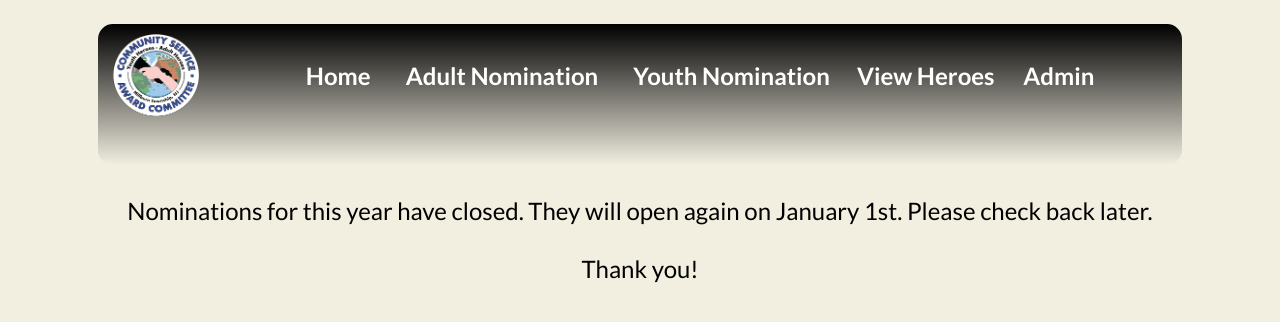
Repository: Centrattic/Young-Heroes-Website
Page: http://localhost/Frontend/adultnomination.php
An editor plug-in stored every save of this project. The page is shown before and after the next save, followed by the edit.
The browser window is 1280 px wide. The pictures show the whole page.
The page is run by PHP 8.4 with error messages shown; the project is at /var/www/html/. Queries for data that is not in the repository find no rows.

Above is the page before, as saved 2020-12-09 22:50:59.

### Eagle Project/Frontend/adultnomination.php
<?php
require_once '../Backend/functions.php';
require_once '../Backend/dbhconnect.php';
?>

<main>
    <html>
    <head>
        <link rel="stylesheet" href="https://cdn.jsdelivr.net/npm/bootstrap@4.5.3/dist/css/bootstrap.min.css" integrity="sha384-TX8t27EcRE3e/ihU7zmQxVncDAy5uIKz4rEkgIXeMed4M0jlfIDPvg6uqKI2xXr2" crossorigin="anonymous">
        <link href="../CSS/nomination.css" rel="stylesheet" type="text/css" />
        <link href="https://fonts.googleapis.com/css2?family=Lato:ital,wght@0,400;0,700;1,300;1,400&display=swap" rel="stylesheet">
        <link rel = "stylesheet" href = "../CSS/navbar.css">

        <style>
                .collapsible {
                    background-color: #eee;
                    color: #444;
                    cursor: pointer;
                    padding: 18px;
                    width: 100%;
                    border: none;
                    text-align: left;
                    outline: none;
                    font-size: 15px;
                    text-align: center;
                    margin-bottom: 1%;
                    width: 90%;
                }

                .active, .collapsible:hover {
                    background-color: #ccc;
                }


                .info-content {
                    padding: 0 18px;
                    display: none;
                    overflow: hidden;
                    background-color: #ffffff;
                    width: 90%;
                    margin: 1% auto;
                }

            </style>

    </head>
    <body>

    <?php
        navbar();

        $connection = connectToDB();
        list ($formStatus, $comments, $time) = readFormStatus($connection);
        mysqli_close($connection);

        if ( $formStatus != "open") {
            echo('<h1 style = "font-size: 1.5em;"> Nominations for this year have closed. They will open again on January 1st. Please check back later. <br><br> Thank you! ');
            exit();
        }
    ?>

    <h1> Adult Nomination </h1>
    <br>


    <h2 class= "age-definition"> Adults: Ages 19+</h2>
    <h3 style = "font-size: 1.25em; width: 60%; margin: 5px auto; font-weight: 800;"> All information is confidential for use by the Community Service Award Committee. </h3>

    <form action = "../Backend/nominateScript.php" method="post" name="nominate" enctype="multipart/form-data">

        <fieldset>
            <legend> Nominee Information</legend>
            <i>Please provide the following information about the individual you are nominating. If you are nominating a group, enter a group name and provide information here
            about the group organizer/leader.</i>
            <br> <br>

<!-- How many youth are you providing information about?-->

                <div class = "form-row">
                    <div class = "col-6">
                        <label for = "groupName">Group Name, if applicable </label>
                        <input class = "form-control" type="text" maxlength="80" id = "groupName" name="groupName" value="" title="Nominee's Full Name">
                    </div>

                    <div class = "col-5">
                        <label for = "nameNominee1">Nominee's Name * </label>
                        <input class = "form-control" required type="text" id = "nameNominee1" name="nameNominee1" value="" title="Nominee's Full Name">
                    </div>
                </div>

                <div class = "form-row">
                    <div class = "col-3">
                    <label for="ageNominee1">Nominee's Age Group *</label>
                            <select class = "form-control" required id="" name="ageNominee1">
                                <option value="" hidden disabled selected></option>
                                <option value="19-25">19-25</option>
                                <option value="25-40">25-40</option>
                                <option value="40-60">40-60</option>
                                <option value="60+">60+</option>
                            </select>
                    </div>

                    <div class = "col-4">
                        <label for="emailNominee1">Nominee's Email *</label>
                        <input class = "form-control" required type="text" name="emailNominee1" value="" title="Nominee's Email">
                    </div>

                    <div class = "col-4">
                        <label for="phoneParent1">Nominee's Phone *</label>
                        <input class = "form-control" required type="text" name="phoneParent1" value="" title="Nominee's Phone">
                    </div>
            </div>
        </fieldset>


        <fieldset>
            <legend> Additional Group Information </legend>
            <i> If you are nominating a group, please provide information about up to 3 additional members of the group.</i>
            <br> <br>
            <!--<button type="button" class="collapsible">Group Member 2</button>
            <div id = "CollapseInfo2" class = "info-content">
            </div>-->
                <?php
                    additionalAdultMembersHTML(2);
                ?>

        <!--<button type="button" class="collapsible">Group Member 3</button>
            <div id = "CollapseInfo3" class = "info-content">
            </div>-->
                <?php
                    additionalAdultMembersHTML(3);
                ?>

        <!--<button type="button" class="collapsible">Group Member 4</button>
            <div id = "CollapseInfo4" class = "info-content">
            </div>-->
                <?php
                    additionalAdultMembersHTML(4);
                ?>


        </fieldset>

        <fieldset>
            <legend> Nominator Information </legend>
            <i> This information will only be viewed by the Community Service Award Committee and will not be made public. </i> <br> <br>
                <div class = "col-12">
                    <label for = "nameNominator">Nominator's Full Name *</label>
                    <input class = "form-control" required type="text" id = "nameNominator" name="nameNominator" value="" title="Parent's Full Name">
                </div>

                <div class = "form-row">
                    <div class = "col-5">
                        <label for="emailNominator">Nominator's Email *</label>
                        <input class = "form-control" required type="text"name="emailNominator" value="" title="Parent's Email">
                    </div>

                    <div class = "col-6">
                        <label for="phoneNominator">Nominator's Phone Number *</label>
                        <input class = "form-control" required type="tel"name="phoneNominator" value="" title="Parent's Phone">
                    </div>
                </div>
        </fieldset>



        <fieldset>
            <legend> Nominee Contributions</legend>
            <i> If your nominee is selected as a winner, this information may be used to promote to the public. </i>
            <br> <br>

            <div>
                <label for="workNominee">Please summarize the action(s) and notable contributions of the individual or group and why you believe they are noteworthy for this award. You may attach additional information below.*</label> <!--  they are/were taking, what prompted them to take such action, their goal, how they have/had engaged others in their efforts, and their impact. -->
                <div class="inputWrapper">
                    <textarea class = "form-control" required maxlength="1500" name="workNominee" title="What work is the young hero/group doing?"></textarea>
                    <span>Limit: 1500 characters</span>
                </div>
            </div>
<!--
            <div>
                <label for="bioNominee">Write a short bio about the hero/group. Please summarize why they care about the issue and what personal interests, passions, or skills they have that are relevant to their service. *</label>
                <div class="inputWrapper">
                    <textarea class = "form-control" required maxlength="250" name="bioNominee" title="Person: Write a short bio about the young hero/group. Please summarize why they care about the issue, and what personal interests, passions, or skills they have that are relevant to their service." ></textarea>
                    <span>Limit: 250 characters</span>
                </div>
            </div>
-->

        </fieldset>

        <fieldset>
            <legend>Additional Supporting Information</legend>
            <i> <b> This section is optional. </b> <br> If necessary, please share additional information to support the nomination (including social media links, pictures, a resumé, and/or a .pdf/.docx file).</i>

            <br> <br>

            <h4> Social Media </h4>

            <div class = "form-row">

                <div class = "col-5">
                    <label for="facebookNominee">Facebook</label>
                    <input class = "form-control" maxlength = "100" type="text" name="facebookNominee" value="" title="Nominee's Facebook">
                    <span class="hint">Must be in full URL format. For example, http://www.facebook.com/younghero</span>
                </div>

                <div class = "col-6">
                    <label for="instagramNominee">Instagram</label>
                    <input class = "form-control" maxlength = "100" type="text" name="instagramNominee" value="" title="Nominee's Instagram">
                    <span class="hint">Must be in full URL format. For example, https://www.instagram.com/youthservice/</span>
                </div>
            </div>
            <br>

            <h4> Pictures </h4>
            <i>We encourage you to share exemplary photos of the work. Please upload them below along and include a short caption. We accept jpg, png, and jpeg formats. </i>
            <br>

            <div class = "form-row col-12">
                <label>Headshot of Nominee/Group </label>
                <input type = "file" name = "headshotNominee" class = "form-control-file col-12" id = "customFile">

            </div>

            <div class = "form-row">

                <div class = "col-6">
                    <label for = "pic2Nominee">Working Picture </label> <br>
                    <input class = "form-control-file" type = "file"  name = "pic2Nominee">

                    <input class = "form-control" type = "text" maxlength="80" name = "Captionpic2Nominee" placeholder = "Caption">
                    <span>Limit: 80 characters</span>
                </div>

                <div class = "col-5">
                     <label for = "pic3Nominee">Working Picture </label> <br>
                    <input class = "form-control-file" type = "file" name = "pic3Nominee">
                    <input class = "form-control" type = "text" maxlength="80" name = "Captionpic3Nominee" placeholder = "Caption">
                    <span>Limit: 80 characters</span>
                </div>
            </div>

            <br>

            <h4> Miscellaneous </h4>

            <i>Please upload any additional miscellaneous information. We accept pdf and docx formats less than 5MB.</i>
            <br>

            <div class = "form-row col-12">
                <label for = "resumeNominee">Upload Miscellaneous Information </label>
                <input type = "file" name = "resumeNominee" class = "form-control-file col-12">
            </div>
        </fieldset>

        <!--

        <fieldset id = "pictures">
            <legend> Nominee Pictures </legend>
            <i> <b> This sectional is optional. </b> <br> However, we encourage you to share photos of a nominee and their work. If you are willing, please upload them here along with a caption (also optional). We accept jpg, png, and jpeg formats. </i>
            <br><br>

            <div>
                <label for = "headshotNominee">Headshot of Young Hero(es) </label> <br>
                <input type = "file" name = "headshotNominee" placeholder = "Upload image of COVID Hero (5MB max)">
            </div>

            <div>
                <br> <label for = "pic2Nominee">Working Picture </label> <br>
                <input type = "file" name = "pic2Nominee" placeholder = "Upload image of COVID Hero (5MB max)">
                <input type = "text" maxlength="80" name = "Captionpic2Nominee" placeholder = "Caption"> <br>
                <span>Limit: 80 characters</span>
            </div>

            <div>
                <br> <label for = "pic3Nominee">Working Picture </label> <br>
                <input type = "file" name = "pic3Nominee" placeholder = "Caption">
                <input type = "text" maxlength="80" name = "Captionpic3Nominee" placeholder = "Caption"> <br>
                <span>Limit: 80 characters</span>
            </div>

        </fieldset>


        <fieldset id = "social-media">
            <legend> Nominee Social Media </legend>
            <i> <b> This section is optional. </b> If you choose to fill out social media information, it will only be viewed by the Community Service Award Committee, not the public. </i>
            <br><br>

            <div>
                <label for="facebookNominee">Nominee's Facebook</label>
                <div class="inputWrapper">
                    <input maxlength = "100" type="text" name="facebookNominee" value="" title="Nominee's Facebook">
                    <br>
                    <span class="hint">Must be in full URL format. For example, http://www.facebook.com/younghero</span>
                </div>
            </div>

            <div>
                <label for="twitterNominee">Nominee's Twitter</label>
                <div class="inputWrapper">
                    <input maxlength = "100" type="text" name="twitterNominee" value="" title="Nominee's Twitter">
                    <br>
                    <span class="hint">Must be in full URL format. For example, http://www.twitter.com/youthservice</span>
                </div>
            </div>

            <div>
                <label for="instagramNominee">Nominee's Instagram</label>
                <div class="inputWrapper">
                    <input maxlength = "100" type="text" name="instagramNominee" value="" title="Nominee's Instagram"></div>
            </div>

            <div>
                <label for="websiteNominee">Nominee's Website</label>
                <div class="inputWrapper">
                    <input maxlength = "100" type="text" name="websiteNominee" value="" title="Nominee's Website" class="">
                    <br>
                    <span class="hint">Must be in full URL format. For example, http://www.ysa.org</span>
                </div>
            </div>

            <div>
                <label for="newsNominee">Nominee's One News Link</label>
                <div class="inputWrapper">
                    <input maxlength = "100" type="text" name="newsNominee" value="" title="Nominee's News Link">
                    <br>
                    <span class="hint">Must be in full URL format. For example, https://patch.com/new-jersey/millburn/short-hills-scouts-host-coding-camp</span>
                </div>
            </div>

        </fieldset>

        <fieldset>
            <legend>Nominee Resumé/Additional Information</legend>
            <i> <b> This section is optional. </b> <br> If you choose to upload a resumé or share additional information, it will only be viewed by the Community Service Award Committee, not the public.</i>
            <div> <br>
                <label for = "resumeNominee">Upload Resumé as .pdf < 5MB </label><br>
                <input type = "file" name = "resumeNominee" placeholder = "Upload Resumé as .pdf < 5MB">
            </div>
        </fieldset>

        <!--<fieldset>
            <legend>Media Release Approval</legend>

            <div class="inputWrapper" id = "mediaflex">
                <i>Please ensure that the young hero approves of themselves appearing in the media. </i>
                <br>

                <br>
                <input required type="radio" id = "mediarelease" name="mediaRelease" value="1">
                <label for="mediaRelease" id = "media"> The young hero approves of themselves appearing in the media. *</label>

            </div>

            <div>
            <input style = "display: none;" id = "isYouth" name="isYouth" value="0">

            </div>



        </fieldset> -->

        <input type="submit" name="submit_button" value="Submit" class = "submit_button">

        <!--
        <div class="oneField field-container-D    " id="tfa_12-D">
        <label id="tfa_12-L" class="label preField reqMark" for="tfa_12">Nominator's Last Name</label><div class="inputWrapper"><input type="text" id="tfa_12" name="tfa_12" value="" aria-required="true" title="Nominator's Last Name" class="required"></div>
        </div>
        <div class="oneField field-container-D    " id="tfa_10-D">
        <label id="tfa_10-L" class="label preField reqMark" for="tfa_10">Nominator's Email</label><div class="inputWrapper"><input type="text" id="tfa_10" name="tfa_10" value="" aria-required="true" title="Nominator's Email" class="validate-email required"></div>
        </div>
        <div class="oneField field-container-D    " id="tfa_13-D">
        <label id="tfa_13-L" class="label preField reqMark" for="tfa_13">Nominator's Phone</label><div class="inputWrapper"><input type="text" id="tfa_13" name="tfa_13" value="" aria-required="true" title="Nominator's Phone" class="required"></div>
        </div>
        </fieldset>
        <fieldset id="tfa_588" class="section wf-acl-hidden">
        -->
        </form>

        <?php
      footer();
     ?>

        <!--<div id = "quote">
            <h1> COVID Nomination </h1>
        </div>


        <br><br><br><br>


        <div id = "directions">
        <h2> Nominate a COVID Hero!</h2>
        <h4> In your form, please don't use any inapproriate or spam entries or your nomination will be removed and your account banned. Also,
            do not write in full sentences when filling out the contact and location sections. </h4>
        </div>

        <br><br><br><br><br><br>

        <div id = "border">
            <p class= large> Upload Your Image of a COVID Hero </p>
            <p> Only use .jpeg, .png, or .jpg for your image. For best results, use an image with a slightly longer length than width. </p> <br>

            <form action = "fileUploadScript.php" method = "post" enctype = "multipart/form-data" id ="nominate">
            <input type = "file" name = "image" placeholder = "Upload image of COVID Hero (5MB max)" id = "uploadedimg">

            <br>

            <br>
            <p class= large> All About Your Hero (300 chars max) </p>
            <p> Ex. Josh Chun is a Millburn High School student who loves plain yogurt, coding, and geometry class. </p> <br>
            <textarea name = "description" rows = 5 placeholder = "Personal Description of Hero (200 chars max)" maxlength = "200"> </textarea> <br><br>

            <p class= large> Hero's Location </p>
            <p> Ex. Millburn, New Jersey, 07078 (please include the hero's zipcode)</p> <br>
            <textarea name = "location" placeholder = "Hero's Location (100 chars max)" rows = 5 maxlength = "100"> </textarea> <br><br>

            <p class= large> What Has Your Hero Done? </p>
            <p> Ex. Josh Chun sews masks and donates them to Goodwill shelters during this period. </p> <br>
            <textarea name = "job" placeholder = "What the Hero has Done (200 chars max)" rows = 5 maxlength = "200"> </textarea> <br><br>

            <p class= large> Way to Contact Hero </p>
            <p> Please type only a phone number and/or email address. </p>
            <textarea name = "contact" placeholder = "Hero's Phone Number/Email Address (100 chars max)" rows = 5 maxlength = "100"> </textarea> <br><br>

            <p class= large> Hero's News Links </p>
            <p> Please put, maximum, one http link of your hero's. If none, leave this field empty. </p>
            <textarea name = "news" placeholder = "News URL" rows = 3>  </textarea> <br><br>

            <button id = "nominatehero" type = "submit" name = "nominate"> Nominate Hero</button>


            </form>
        -->

<!--
            <script>
            var coll = document.getElementsByClassName("collapsible");
            var i;

            for (i = 0; i < coll.length; i++) {
            coll[i].addEventListener("click", function() {
                this.classList.toggle("active");
                var content = this.nextElementSibling;
                if (content.style.display === "block") {
                content.style.display = "none";
                } else {
                content.style.display = "block";
                }
            });
            }
            </script>-->

    </body>
    </html>
</main>

### Eagle Project/Backend/dbhconnect.php
<?php
  $servername = "localhost";
  $dbUsername = "root";
  $dbPassword = "";
  $dbName = "young_heroes";

  //connecting to database
  $connection = new mysqli($servername, $dbUsername, $dbPassword, $dbName);

  //error message if connection fails
  if(!$connection){
    die("Connection failed: ".mysqli_connect_error());
  }
?>

### Eagle Project/CSS/nomination.css
* {
    text-align: center;
    padding: 2px;
    margin: 2px;
    font-family: 'Lato', sans-serif !important;
    font-size: 1em;
    color: black;
}

i {
   float: left;
}

body {
    background-color: #F2EFE1;
}

fieldset {
    border: 3px solid black;

}

.age-definition {
    font-size: 1.5em;
    margin: 10px;
    font-weight: 800;
}

legend {
    all: unset;
    font-size: 2em;
    color: #2A365D;
    font-weight: 700;
}

form {
    background-color: #E2DECC;
    width: 60%;
    margin: 0 auto;
}

input, textarea {
    text-align: left;
    background-color: #ffffff;
    border: 1px solid black;
    color: black !important;
}

.col-1, .col-2, .col-3,.col-4,.col-5,.col-6,.col-7,.col-8,.col-9,.col-10,.col-11 { /*,col-12 not included cause that's full row*/
    margin-left: 15px;
}

textarea {
    width: 75% !important;
    height: 30% !important;
    margin: 0 auto;
}

h4 {
    text-align: left;
    margin-left: 10px;
    font-weight: 800;
}


label {
    font-size: 1em;
    float: left;
}

span {
    font-style: italic;
}

input[placeholder= "Caption"] {
    margin-top: 5px;
}


#media {
    font-size: 1em;
}

.requiredF {
    color: red;
}

/* Collapsible Nominee Info */


.submit_button {
    padding: 5px;
    margin: 5px;
    width: 50%;
    text-align:center;
    font-size: 1.5em;
    background-color: #F2EFE1;
}

### Eagle Project/CSS/navbar.css
* {
    text-align: center;
    font-family: 'Lato', sans-serif;
}

body {
    background-color: #F2EFE1;
}


.menu-area li{
    display: inline;
    color: white;
    font-weight: bold;
    font-size: 1.5em;
    padding-bottom: 10px;
}

.menu-area .non-dropdown a{
    display: inline-block;
    padding: 30px 10px;
    text-decoration: none;
    color: white;
    box-sizing: border-box;

}

.menu-area .nav-dropdown .dropdown-content li a{
    display: inline-block;
    text-align: center;
    padding: 14px 16px;
    text-decoration: none;
}

.menu-area {
    width: 100%;
    background-image: linear-gradient(black, #F2EFE1);
    overflow: hidden;
    border-radius: 15px;
}

.menu-area .non-dropdown:hover{
    border-radius: 0px;
    border-bottom: 10px solid aliceblue;

}

.menu-area li a {
    box-sizing: border-box;
}

.nav-dropbtn {
    text-decoration: none;
    color: white;
}

/*FIX THIS LATER*/


#logout {
    all: unset;
}

body {
    margin: 0 5%;
}

/* ------------------*/



li.nav-dropdown {
    display: inline-block;
}

.dropdown-content {
    display: none;
    position: absolute;
    background-color: #f9f9f9;
    min-width: 150px;
    box-shadow: 0px 8px 16px 0px rgba(0,0,0,0.2);
    z-index: 1;

}

.dropdown-content a {
    color: black;
    padding: 12px 16px;
    text-decoration: none;
    display: block;
    font-size: .9em;
    text-align: left;
}


.dropdown-content a:hover {
    background-color: #f1f1f1;
}


.nav-dropdown:hover .dropdown-content {
    display: block;
    border-radius: 0px;
}


/* Footer*/



.site-footer {
    background-color: #E2DECC;
      text-align: center;
      margin: 10px 0;
      padding: 10px 0;
  }

  #social-wrapper {
      text-align: center;
  }

  /*Social Media Icons*/
  .social-wrapper {
      text-align: center;
  }

  .social-wrapper ul li {
      display: inline;
      margin: 0 5px;
  }

  .twitter-icon,
  .facebook-icon,
  .instagram-icon,
  .linkedin-icon,
  .googleplus-icon,
  .youtube-icon,
  .foursquare-icon{
      margin-top: .625em;
      width: 40px;
      height: 40px;
      opacity: .6;
      filter: alpha(opacity=60); /* For IE8 and earlier */
    border-radius: 25px;
  }

  .twitter-icon:hover,
  .facebook-icon:hover,
  .instagram-icon:hover,
  .linkedin-icon:hover,
  .googleplus-icon:hover,
  .youtube-icon:hover,
  .foursquare-icon:hover {
      opacity: 1.0;
      filter: alpha(opacity=100); /* For IE8 and earlier */
  }

  .footer-nav p {
      text-align: center;
  }

Loaded but not shown: Eagle Project/Backend/functions.php (1056 lines, source omitted)

After the next save:
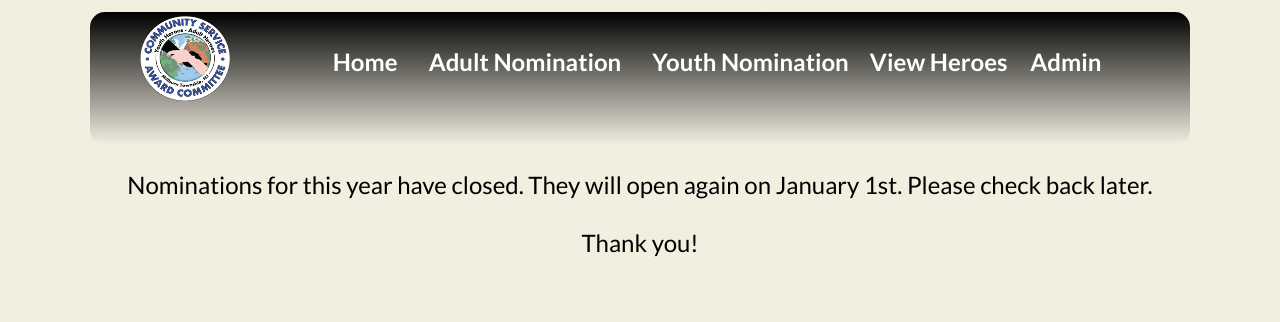
Saved 6 s later.
--- a/Eagle Project/CSS/nomination.css
+++ b/Eagle Project/CSS/nomination.css
@@ -1,6 +1,5 @@
 * {
     text-align: center;
-    padding: 2px;
     margin: 2px;
     font-family: 'Lato', sans-serif !important;
     font-size: 1em;

After the save that followed:
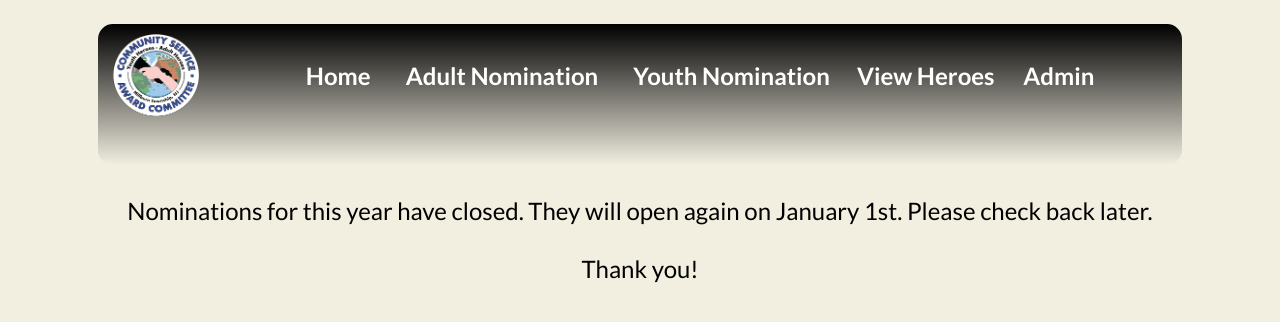
Saved 23 s later.
--- a/Eagle Project/CSS/nomination.css
+++ b/Eagle Project/CSS/nomination.css
@@ -1,5 +1,6 @@
 * {
     text-align: center;
+    padding: 2px;
     margin: 2px;
     font-family: 'Lato', sans-serif !important;
     font-size: 1em;
